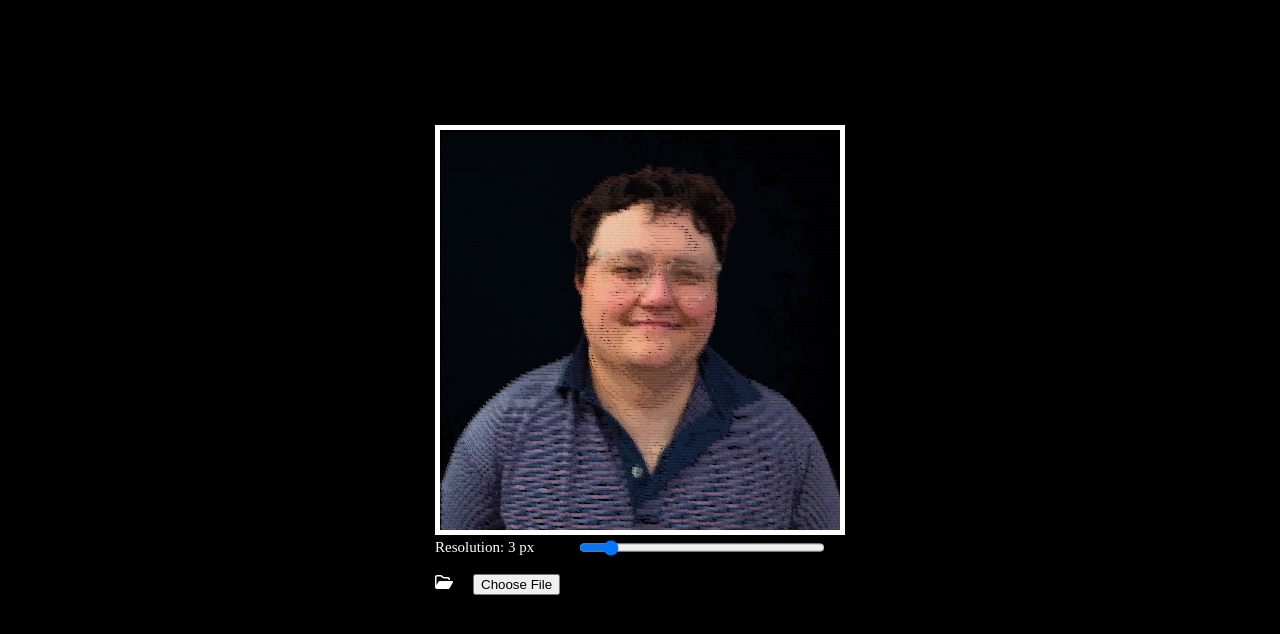
Repository: rosieomusic/ascii-art
Page: index.html
The author's editor kept a copy of each file at every save. The page is drawn from the files as they stood at one save, then again after the next save.
The browser window is 1280 px wide. The pictures show the whole page.
Some web fonts or font styles are not loaded; a fallback is used. Some web libraries are served in a nearby version.

Above is the page before, as saved 2025-05-06 16:08:28.

After the next save:
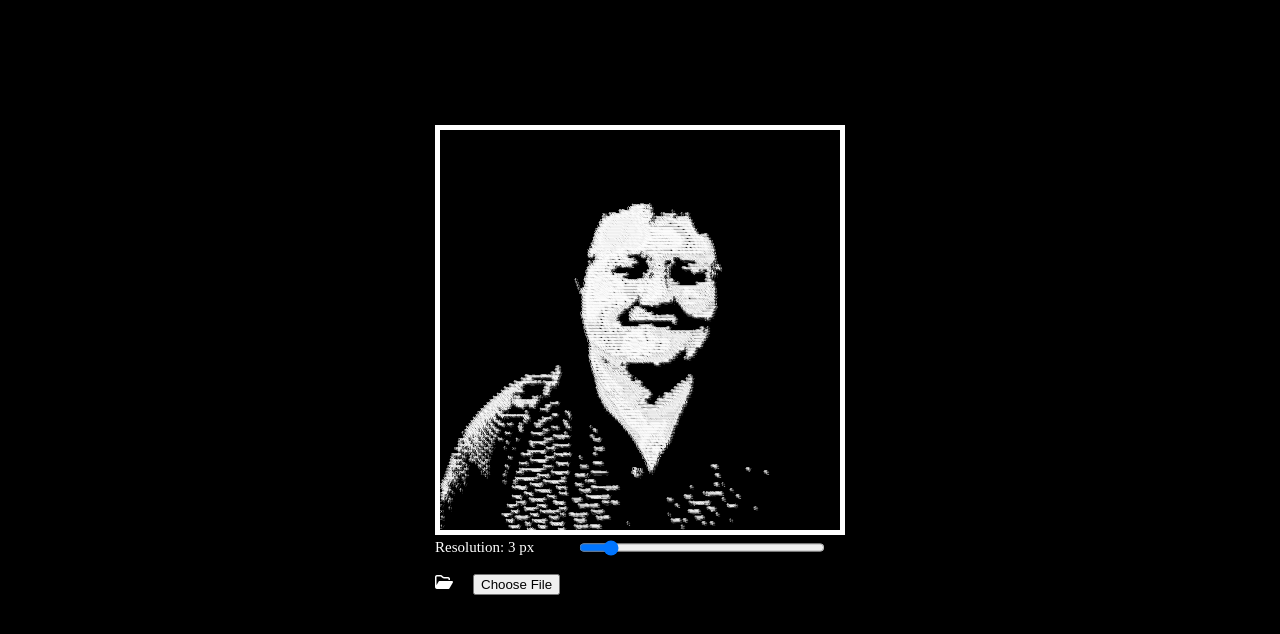
Saved 4 min 28 s later.
--- a/script.js
+++ b/script.js
@@ -84,11 +84,11 @@
 					const grayscale = 0.2126 * red + 0.7152 * green + 0.0722 * blue;
 
 					//const color = 'yellow';
-					//const color = grayscale > 110 ? 'white' : 'black';
+					const color = grayscale > 110 ? 'white' : 'black';
 					const total = red + green + blue;
 					const averageColorValue = total / 3;
-					const color = `rgb(${red}, ${green}, ${blue})`;
-					const symbol = this.#convertToSymbol(averageColorValue);
+					//const color = `rgb(${red}, ${green}, ${blue})`;
+					const symbol = this.#convertToSymbol(grayscale);
 					if (symbol)
 						this.#imageCellArray.push(new Cell(x, y, symbol, color, cellSize));
 				}

After the save that followed:
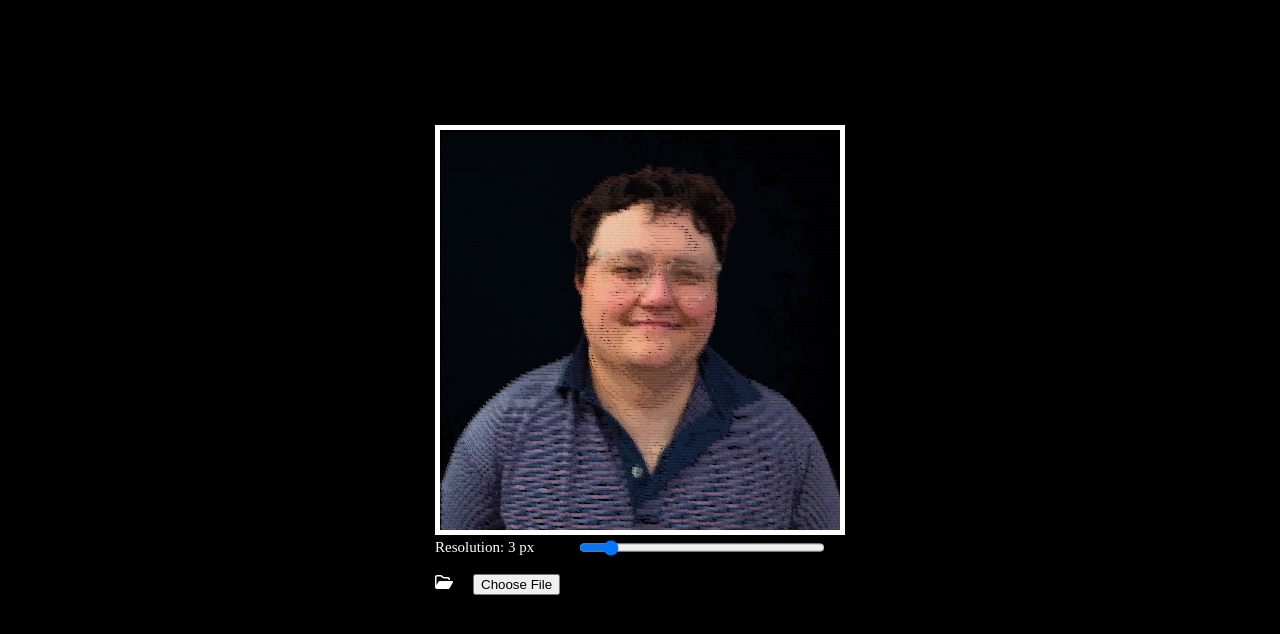
Saved 39 s later.
--- a/script.js
+++ b/script.js
@@ -84,11 +84,11 @@
 					const grayscale = 0.2126 * red + 0.7152 * green + 0.0722 * blue;
 
 					//const color = 'yellow';
-					const color = grayscale > 110 ? 'white' : 'black';
+					//const color = grayscale > 110 ? 'white' : 'black';
 					const total = red + green + blue;
 					const averageColorValue = total / 3;
-					//const color = `rgb(${red}, ${green}, ${blue})`;
-					const symbol = this.#convertToSymbol(grayscale);
+					const color = `rgb(${red}, ${green}, ${blue})`;
+					const symbol = this.#convertToSymbol(averageColorValue);
 					if (symbol)
 						this.#imageCellArray.push(new Cell(x, y, symbol, color, cellSize));
 				}
